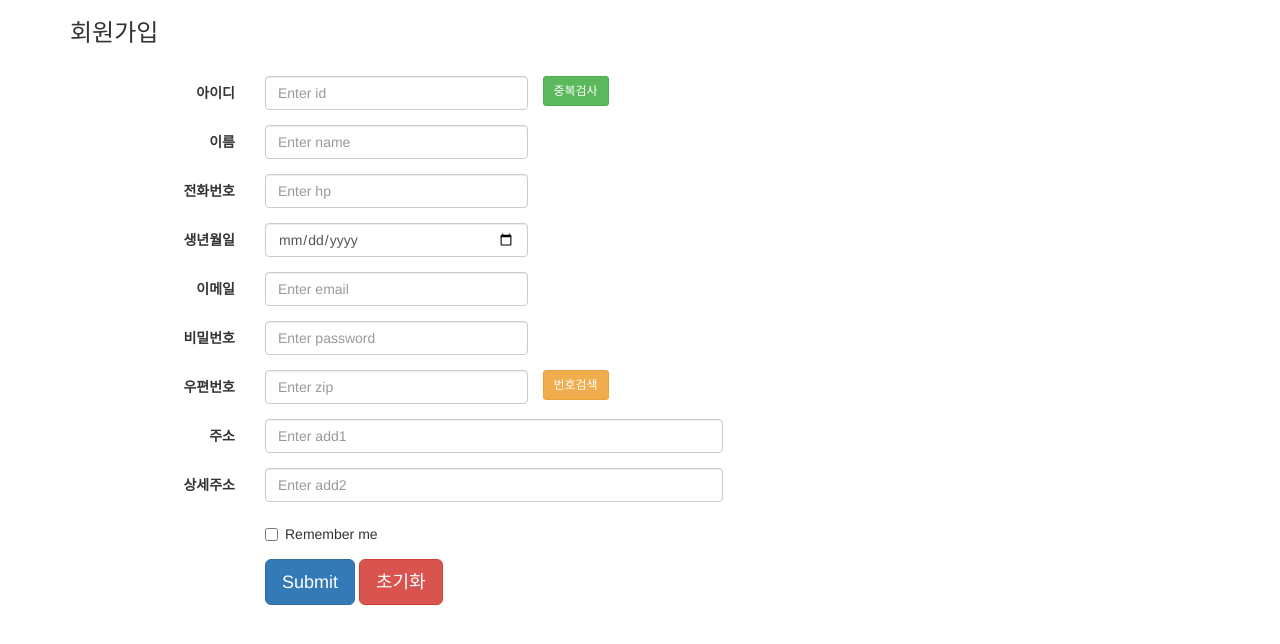
Repository: yul3220/WebProgrammingLecture
Page: member/WebContent/member/member.html
These files come from the project's save history. The page is drawn as it stood at one moment and after the next save; the edit follows.
The browser window is 1280 px wide. The pictures show the whole page.

Above is the page before, as saved 2021-02-09 00:04:32.

### member/WebContent/member/member.html
<!DOCTYPE html>
<html lang="kr">
<head>
  <title>Bootstrap Example</title>
  <meta charset="utf-8">
  <meta name="viewport" content="width=device-width, initial-scale=1">
  <link rel="stylesheet" href="https://maxcdn.bootstrapcdn.com/bootstrap/3.4.1/css/bootstrap.min.css">
  <script src="https://ajax.googleapis.com/ajax/libs/jquery/3.5.1/jquery.min.js"></script>
  <script src="https://maxcdn.bootstrapcdn.com/bootstrap/3.4.1/js/bootstrap.min.js"></script>
  <script>
  	$(function(){
  		$("#idbtn").on("click", function(){
  			idvalue = $("#id").val().trim();

  			if(idvalue.length < 1){
  				alert("id 입력하세요.");
  				return false;
  			}

  			$.ajax({
  				//project이름의 member는 context Root
  				url : '/member/ID.do',
  				type : "post",
  				data : {"id": idvalue},
  				success : function(res){
  					$("#idspan").html(res.sw).css("color", "red");
  				},
  				error : function(xhr){
  					alert("상태 : " +  xhr.status);
  				},
  				dataType : "json"
  			})
  		})//idbtn클릭
  	})//function끝
  </script>

</head>
<body>
<div class="container">
  <h3>회원가입</h3>
  <br>
  <form class="form-horizontal">
  	<div class="form-group">
      <label class="control-label col-sm-2" for="id">아이디</label>
      <div class="col-sm-3">
        <input type="text" class="form-control" id="id"
        placeholder="Enter id" name="mem_id">
      </div>
      <button class="btn btn-success btn-sm" id="idbtn" type="button">중복검사</button>
      <span id="idspan"></span>
    </div>

    <div class="form-group">
      <label class="control-label col-sm-2" for="name">이름</label>
      <div class="col-sm-3">
        <input type="text" class="form-control" id="name"
        placeholder="Enter name" name="mem_name">
      </div>
    </div>

    <div class="form-group">
      <label class="control-label col-sm-2" for="hp">전화번호</label>
      <div class="col-sm-3">
        <input type="text" class="form-control" id="hp"
        placeholder="Enter hp" name="mem_hp">
      </div>
    </div>

    <div class="form-group">
      <label class="control-label col-sm-2" for="bir">생년월일</label>
      <div class="col-sm-3">
        <input type="date" class="form-control" id="bir"
        placeholder="Enter bir" name="mem_bir">
      </div>
    </div>

    <div class="form-group">
      <label class="control-label col-sm-2" for="email">이메일</label>
      <div class="col-sm-3">
        <input type="email" class="form-control" id="email"
         placeholder="Enter email" name="mem_email">
      </div>
    </div>

    <div class="form-group">
      <label class="control-label col-sm-2" for="pwd">비밀번호</label>
      <div class="col-sm-3">
        <input type="password" class="form-control" id="pwd"
        placeholder="Enter password" name="mem_pass">
      </div>
    </div>

    <div class="form-group">
      <label class="control-label col-sm-2" for="zip">우편번호</label>
      <div class="col-sm-3">
        <input type="text" class="form-control" id="zip"
        placeholder="Enter zip" name="mem_zip">
      </div>
      <button class="btn btn-warning btn-sm" id="zipcode" type="button">번호검색</button>
    </div>

    <div class="form-group">
      <label class="control-label col-sm-2" for="add1">주소</label>
      <div class="col-sm-5">
        <input type="text" class="form-control" id="add1"
        placeholder="Enter add1" name="mem_add1">
      </div>
    </div>

    <div class="form-group">
      <label class="control-label col-sm-2" for="add2">상세주소</label>
      <div class="col-sm-5">
        <input type="text" class="form-control" id="add2"
        placeholder="Enter add2" name="mem_add2">
      </div>
    </div>

    <div class="form-group">
      <div class="col-sm-offset-2 col-sm-10">
        <div class="checkbox">
          <label><input type="checkbox" name="remember"> Remember me</label>
        </div>
      </div>
    </div>

    <div class="form-group">
      <div class="col-sm-offset-2 col-sm-10">
        <button type="submit" class="btn btn-primary btn-lg">Submit</button>
        <button type="reset" class="btn btn-danger btn-lg">초기화</button>
      </div>
    </div>
  </form>
</div>

</body>
</html>

After the next save:
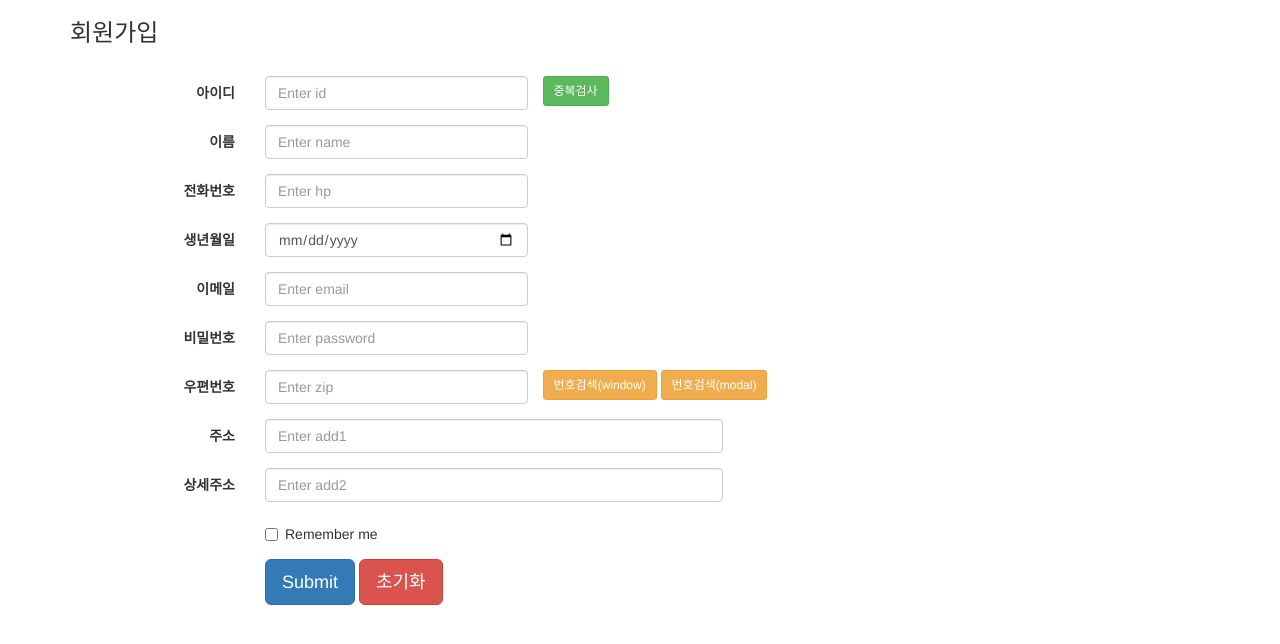
Saved 69 s later.
--- a/member/WebContent/member/member.html
+++ b/member/WebContent/member/member.html
@@ -96,7 +96,8 @@
         <input type="text" class="form-control" id="zip"
         placeholder="Enter zip" name="mem_zip">
       </div>
-      <button class="btn btn-warning btn-sm" id="zipcode" type="button">번호검색</button>
+      <button class="btn btn-warning btn-sm" id="wzipbtn" type="button">번호검색(window)</button>
+      <button class="btn btn-warning btn-sm" id="mzipbtn" type="button">번호검색(modal)</button>
     </div>
 
     <div class="form-group">
